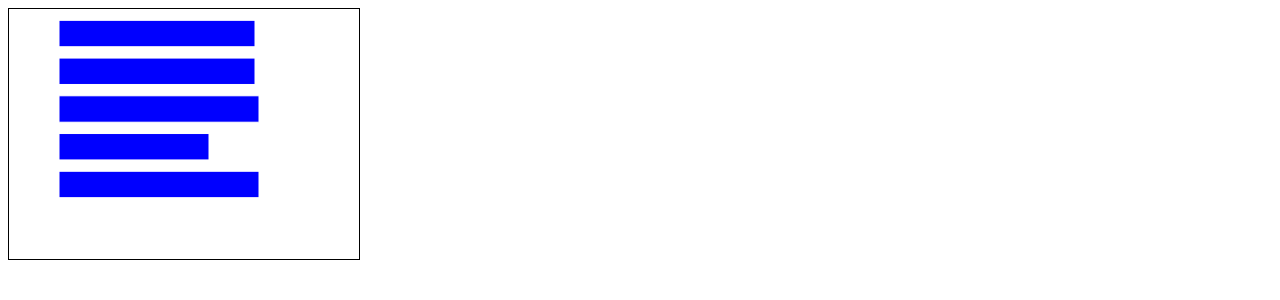
Repository: ducdatit2002/Data-Visualization-Coursera
Page: WEEK2/Demo/demo_adding_annotations.html
An editor plug-in stored every save of this project. The page is shown before and after the next save, followed by the edit.
The browser window is 1280 px wide. The pictures show the whole page.

Above is the page before, as saved 2023-10-07 00:14:12.

After the next save:
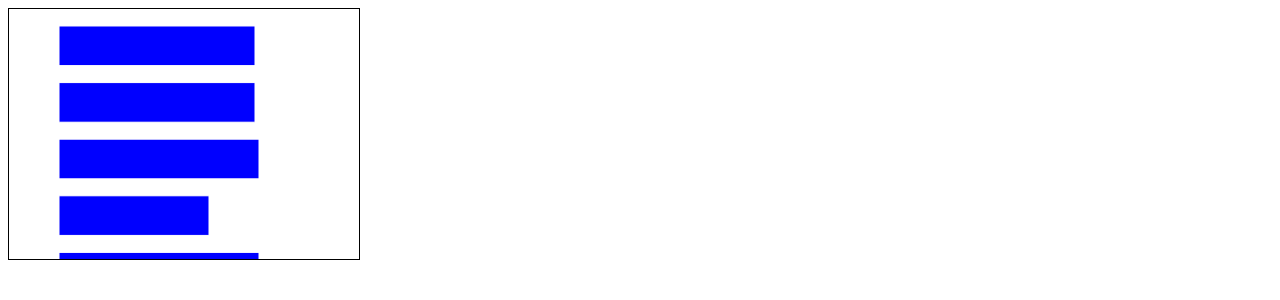
Saved 10 s later.
--- a/WEEK2/Demo/demo_adding_annotations.html
+++ b/WEEK2/Demo/demo_adding_annotations.html
@@ -22,7 +22,7 @@
       let scale = d3.scaleLinear().range([0, 200]).domain([0, max]);
 
       let scalePosition = d3.scaleBand()
-      .range([0, 200])
+      .range([0, 300])
       .domain(clients.map(d => d.Name))
       .padding(0.3);
 

After the save that followed:
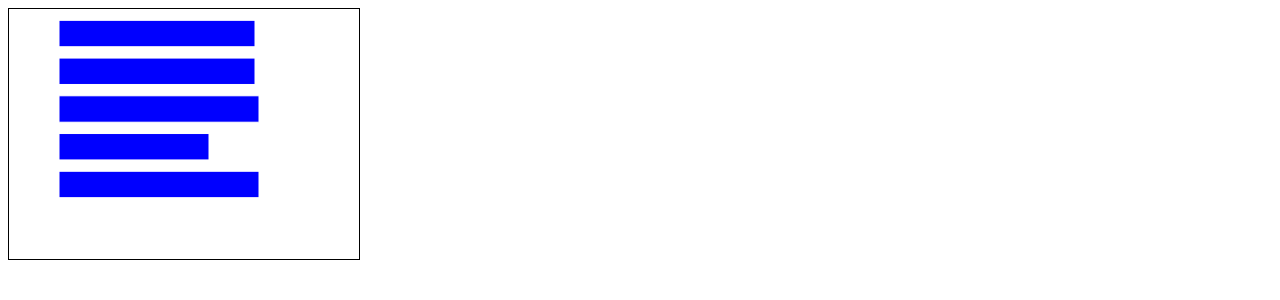
Saved 7 s later.
--- a/WEEK2/Demo/demo_adding_annotations.html
+++ b/WEEK2/Demo/demo_adding_annotations.html
@@ -22,7 +22,7 @@
       let scale = d3.scaleLinear().range([0, 200]).domain([0, max]);
 
       let scalePosition = d3.scaleBand()
-      .range([0, 300])
+      .range([0, 200])
       .domain(clients.map(d => d.Name))
       .padding(0.3);
 
